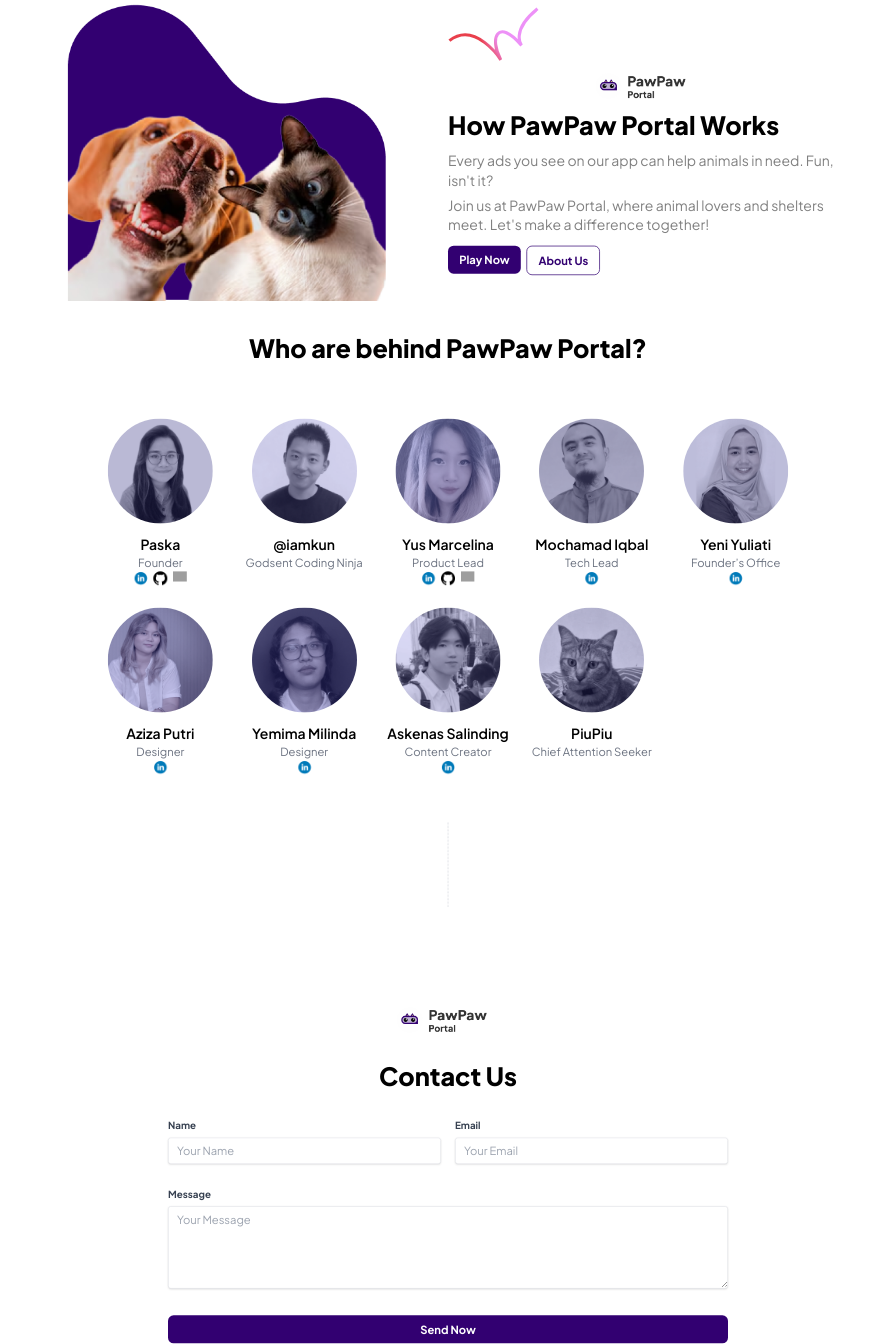
Repository: paskasiregar/pawpawwebsite
Page: /
An editor plug-in stored every save of this project. The page is shown before and after the next save, followed by the edit.
The browser window is 1280 px wide. The pictures show the part of the page from y = 1190 to 3110 px (the page is 3785 px tall), at 70% of full size.
Pictures or frames that could not be fetched are drawn as grey boxes. The project was rebuilt for these pictures with package versions that can differ from the ones it lists, and the page was loaded fresh each time. Some packages were replaced by stand-ins written for this rebuild. The framework's server and built-in components were replaced by stand-ins that run in the browser. Also part of the build but not shown: next.config.js, next.config.mjs.

Above is the page before, as saved 2024-09-11 17:46:52.

### src/app/layout.js
import { Inter } from "next/font/google";
import "./globals.css";
import { Analytics } from "@vercel/analytics/react";
import Script from "next/script";
import Head from "next/head";

const inter = Inter({ subsets: ["latin"] });

export const metadata = {
  title: "PawPaw Portal | Your One-Stop Shelter",
  description: "Your One-Stop Shelter",
};

export default function RootLayout({ children }) {
  return (
    <html lang="en">
      <Head>
        <meta
          name="google-adsense-account"
          content="ca-pub-4770655134097556"
        ></meta>
      </Head>
      <body className={inter.className}>{children}</body>
      {/* <Script
        type="text/javascript"
        src="//pl24310112.cpmrevenuegate.com/cc/a3/1e/cca31e5e9811b252527560f4431eff54.js"
      ></Script> */}
    </html>
  );
}

### src/app/globals.css
@import url("https://fonts.googleapis.com/css2?family=Plus+Jakarta+Sans:wght@400;600;700;800&display=swap");

@tailwind base;
@tailwind components;
@tailwind utilities;

html,
body {
  width: 100%;
  height: 100%;
  margin: 0;
  padding: 0;
}

p,
ul {
  color: gray;
  margin-bottom: 2px;
}

section {
  margin-bottom: 8px;
}

.hero-bg {
  display: flex;
  background: radial-gradient(circle,
      rgb(204, 188, 230) 10%,
      rgb(255, 255, 255) 50%);
}

.cta-container {
  display: flex;
  justify-content: center;
  align-items: center;
  position: relative;
  background: radial-gradient(circle, rgb(14, 4, 4) 0%, rgb(14, 1, 51) 100%);
  padding: 20px;
  gap: 20px;
  min-height: 200px;
}

.cta-button {
  display: inline-block;
  padding: 20px 40px;
  font-size: 24px;
  font-weight: bold;
  color: white;
  background: black;
  border-radius: 40px;
  position: relative;
  z-index: 1;
  overflow: hidden;
  transition: all 0.3s ease;
  text-align: center;
}

.cta-button::before {
  content: "";
  position: absolute;
  top: -2px;
  left: -2px;
  right: -2px;
  bottom: -2px;
  background: linear-gradient(90deg,
      rgb(255, 244, 97) 0%,
      rgb(187, 61, 255) 50%,
      rgb(142, 23, 23) 100%);
  z-index: -1;
  border-radius: inherit;
}

.cta-button::after {
  content: "";
  position: absolute;
  top: 2px;
  left: 2px;
  right: 2px;
  bottom: 2px;
  background: black;
  z-index: -1;
  border-radius: inherit;
}

.cta-button:hover {
  color: rgb(237, 246, 133);
  background: white;
}

.footer-bg {
  background: radial-gradient(circle, rgb(14, 4, 4) 0%, rgb(14, 1, 51) 100%);
  color: white;
  text-align: center;
  padding: 20px;
}

.centeredcontainer {
  width: 100vw;
  height: auto;
}

.main-container {
  width: 100%;
  max-width: 1200px;
  margin: 0 auto;
  padding: 0;
}

.header-content {
  max-width: 1200px;
  /* You can adjust this depending on your design */
  margin: 0 auto;
  padding: 0 20px;
  /* Add some padding to prevent the content from touching the edges */
  display: flex;
  justify-content: space-between;
  align-items: center;
  width: 100%;
}

.header-logo-button {
  display: flex;
  flex-direction: row;
  align-items: center;
  gap: 16px;
  /* Adjust spacing as needed */
}

html {
  scroll-behavior: smooth;
}

### src/components/contact.jsx
import React from "react";
import PrimaryButton from "@/components/primaryButton";
import NameInput from "./nameInput";
import EmailInput from "./emailInput";
import MessageInput from "./mesageInput";
import Image from "next/image";
import logoHeaderImage from "../assets/banner-10.png";

export const Contact = () => {
  return (
    <div className="font-plus-jakarta flex flex-col items-center justify-center py-16 px-4 md:px-[200px] gap-[40px] text-29xl">
      <div className="flex justify-start items-start">
        {/* <svg
          width="1620"
          height="188"
          viewBox="0 0 1620 188"
          fill="none"
          xmlns="http://www.w3.org/2000/svg"
        >
          <path
            d="M1891 188C1891 100.375 1784.67 29.342 1653.5 29.342C1522.34 29.342 1413.53 100.375 1413.53 188C1413.53 122.37 1317.84 69.158 1199.78 69.158C1081.72 69.158 986.029 122.362 986.029 188C986.029 85.8274 930.825 3 862.735 3C794.645 3 737.369 85.8274 737.369 188C737.369 108.853 646.33 44.6865 534.029 44.6865C421.728 44.6865 330.689 108.853 330.689 188C330.689 134.381 239.649 90.9105 127.349 90.9105C15.0481 90.9105 -76 134.381 -76 188"
            stroke="url(#paint0_linear_545_35799)"
            strokeWidth="6"
            strokeMiterlimit="10"
            strokeLinejoin="bevel"
          />
          <defs>
            <linearGradient
              id="paint0_linear_545_35799"
              x1="-84.5283"
              y1="91.1699"
              x2="1899.52"
              y2="91.1699"
              gradientUnits="userSpaceOnUse"
            >
              <stop offset="0.0224" stopColor="#EBADD7" />
              <stop offset="1" stopColor="#FF2445" />
            </linearGradient>
          </defs>
        </svg> */}
      </div>
      <Image
        className="w-36 h-10 object-cover"
        alt="Logo"
        src={logoHeaderImage}
        width={120}
        height={20}
      />
      <div className="text-4xl font-extrabold w-full text-center">
        Contact Us
      </div>
      <form
        action="https://forms.office.com/Pages/ResponsePage.aspx?id=FYBQO9x7eUe5JQ3XgE-7JgfHRnXS951Jum6QCf1rDZlUOTFYM1gyVUNMUzAyRTlFRVlHNUo5UVVRSy4u"
        method="post"
        target="_blank"
        className="w-full"
      >
        <div className="w-full flex flex-col items-start gap-[16px] text-base text-light-l800 font-regular-reg-2">
          <div className="w-full flex flex-col md:flex-row gap-[20px]">
            <div className="w-full md:w-1/2">
              <label
                htmlFor="name"
                className="w-full block text-sm font-medium text-gray-700"
              ></label>
              <NameInput className="w-full" id="name" name="name" required />
            </div>
            <div className="w-full md:w-1/2">
              <label
                htmlFor="email"
                className="block text-sm font-medium text-gray-700"
              ></label>
              <EmailInput className="w-full" id="email" name="email" required />
            </div>
          </div>
          <div className="w-full">
            <label
              htmlFor="message"
              className="block text-sm font-medium text-gray-700"
            ></label>
            <MessageInput
              className="w-full"
              id="message"
              name="message"
              required
            />
          </div>
        </div>
        <div className="mt-4">
          <PrimaryButton type="submit">Send Now</PrimaryButton>
        </div>
      </form>
    </div>
  );
};

export default Contact;

### src/components/divider.jsx
export const Divider = () => {
  return (
    <div className="self-stretch h-[195px] flex flex-row items-center justify-center py-16 px-[130px] box-border">
      <div className="w-px relative box-border h-[121px] border-r-[1px] border-dashed border-gray-300" />
    </div>
  );
};

### src/components/header.jsx
import Link from "next/link";
import PrimaryButton from "@/components/primaryButton";
import React from "react";
import Image from "next/image";
import logoHeaderImage from "../assets/banner-10.png";

export const Header = () => {
  return (
    <div className="w-full bg-white fixed top-0 shadow-sm">
      <div className="max-w-7xl flex justify-between items-center p-4">
        <div className="flex items-center space-x-4">
          <Link href="/">
            <Image
              className="w-36 h-10 object-cover"
              alt="Logo"
              src={logoHeaderImage}
              width={120}
              height={20}
            />
          </Link>
        </div>

        <div className="hidden md:flex flex-row space-x-8 items-center">
          <Link href="#how-it-works" className="text-gray-500">
            How It Works
          </Link>
          <Link href="#team" className="text-gray-500">
            About Us
          </Link>
          <Link href="/privacy" className="text-gray-500">
            Privacy Policy
          </Link>
        </div>

        <div>
          <Link href="https://game.pawpawportal.com">
            <PrimaryButton href="https://game.pawpawportal.com">
              Be Our Hero Today!
            </PrimaryButton>
          </Link>
        </div>
      </div>
    </div>
  );
};

export default Header;

### src/components/CTA.jsx
import React from "react";
import Link from "next/link";

const CTA = () => {
  return (
    <div className="cta-container font-plus-jakarta p-4 md:p-8 flex flex-col md:flex-row items-center justify-center">
      <svg
        className="cta-decoration mb-4 md:mb-0 md:mr-4"
        width="48"
        height="46"
        viewBox="0 0 48 46"
        fill="none"
        xmlns="http://www.w3.org/2000/svg"
      >
        <path
          d="M2 46C2 27.296 29.551 30.0086 36.5736 34.5625C36.5736 34.5625 14.4611 2 47.5714 2"
          stroke="url(#cta_gradient)"
          strokeWidth="3.92857"
          strokeMiterlimit="10"
          strokeLinejoin="bevel"
        />
        <defs>
          <linearGradient
            id="cta_gradient"
            x1="37.3571"
            y1="2"
            x2="7.5"
            y2="46"
            gradientUnits="userSpaceOnUse"
          >
            <stop stopColor="#FF2445" />
            <stop offset="1" stopColor="#F5AB0E" />
          </linearGradient>
        </defs>
      </svg>
      <Link href="https://game.pawpawportal.com">
        <div className="cta-button text-center bg-gradient-to-r from-orange-500 to-pink-500 text-white font-bold py-2 px-4 rounded-lg shadow-lg cursor-pointer">
          Play Our Game Now
        </div>
      </Link>
    </div>
  );
};

export default CTA;

### src/components/primaryButton.jsx
import React from "react";

const PrimaryButton = ({ children, onClick, href }) => {
  return (
    <button
      className="bg-inherit-320071 text-white font-bold py-2 px-4 rounded-lg w-full"
      onClick={onClick}
    >
      {children}
    </button>
  );
};

export default PrimaryButton;

### src/components/secButton.jsx
import React from "react";

const SecButton = ({ children, onClick }) => {
  return (
    <button
      className="bg-white border border-inherit-320071 text-inherit-320071 font-bold py-2 px-4 rounded-lg"
      onClick={onClick}
    >
      {children}
    </button>
  );
};

export default SecButton;

### src/components/team.jsx
import React from "react";
import Member from "./members";
import paska from "@/assets/paska.png"; // Replace with actual image paths
import kun from "@/assets/kun.png";
import yus from "@/assets/yus.png";
import iqbal from "@/assets/iqbal.png";
import julie from "@/assets/julie.png";
import aziza from "@/assets/aziza.png";
import yemima from "@/assets/yemima.png";
import ken from "@/assets/ken.png";
import piupiu from "@/assets/piupiu.png";

const teamMembers = [
  {
    name: "Paska",
    role: "Founder",
    imageSrc: paska,
    linkedinUrl: "https://www.linkedin.com/in/pas-ka",
    websiteUrl: "https://www.hellopaska.com",
  },
  {
    name: "@iamkun",
    role: "Godsent Coding Ninja",
    imageSrc: kun,
    githubUrl: "https://www.github.com/iamkun",
  },
  {
    name: "Yus Marcelina",
    role: "Product Lead",
    imageSrc: yus,
    linkedinUrl: "https://www.linkedin.com/in/yusmarcelina/",
    websiteUrl: "https://yusmarcelina.wixsite.com/yusmarcelina",
  },
  {
    name: "Mochamad Iqbal",
    role: "Tech Lead",
    imageSrc: iqbal,
    linkedinUrl: "https://www.linkedin.com/in/mochadwi/",
    githubUrl: "https://github.com/mochadwi",
  },
  {
    name: "Yeni Yuliati",
    role: "Founder’s Office",
    imageSrc: julie,
    linkedinUrl: "https://www.linkedin.com/in/yeniyuliati/",
  },
  {
    name: "Aziza Putri",
    role: "Designer",
    imageSrc: aziza,
    linkedinUrl: "https://www.linkedin.com/in/aziza-wienneta/",
  },
  {
    name: "Yemima Milinda",
    role: "Designer",
    imageSrc: yemima,
    linkedinUrl: "https://www.linkedin.com/in/yemimamillinda/",
  },
  {
    name: "Askenas Salinding",
    role: "Content Creator",
    imageSrc: ken,
    linkedinUrl: "https://www.linkedin.com/in/askenassalinding/",
  },
  {
    name: "PiuPiu",
    role: "Chief Attention Seeker",
    imageSrc: piupiu,
  },
];

const Team = () => {
  return (
    <div
      id="team"
      className="flex-1 flex flex-col items-center md:items-center justify-center gap-4 z-[1] p-4 md:p-8"
    >
      <div className="flex flex-col items-center md:items-center mb-8">
        <div className="relative font-extrabold text-2xl md:text-4xl text-center mb-8">
          Who are behind PawPaw Portal?
        </div>
      </div>

      <div className="grid grid-cols-2 sm:grid-cols-2 md:grid-cols-3 lg:grid-cols-5 gap-6 md:gap-8 justify-center">
        {teamMembers.map((member, index) => (
          <Member
            key={index}
            name={member.name}
            role={member.role}
            imageSrc={member.imageSrc}
            linkedinUrl={member.linkedinUrl}
            websiteUrl={member.websiteUrl}
          />
        ))}
      </div>
    </div>
  );
};

export default Team;

### src/components/nameInput.jsx
import React from "react";

const NameInput = ({ value, onChange }) => {
  return (
    <div className="mb-4">
      <label
        className="block text-gray-700 text-sm font-bold mb-2"
        htmlFor="name"
      >
        Name
      </label>
      <input
        id="name"
        type="text"
        value={value}
        onChange={onChange}
        className="shadow appearance-none border rounded w-full py-2 px-3 text-gray-700 leading-tight focus:outline-none focus:shadow-outline"
        placeholder="Your Name"
      />
    </div>
  );
};

export default NameInput;

### src/components/emailInput.jsx
import React from "react";

const EmailInput = ({ value, onChange }) => {
  return (
    <div className="mb-4">
      <label
        className="block text-gray-700 text-sm font-bold mb-2"
        htmlFor="email"
      >
        Email
      </label>
      <input
        id="email"
        type="email"
        value={value}
        onChange={onChange}
        className="shadow appearance-none border rounded w-full py-2 px-3 text-gray-700 leading-tight focus:outline-none focus:shadow-outline"
        placeholder="Your Email"
      />
    </div>
  );
};

export default EmailInput;

### src/components/mesageInput.jsx
import React from "react";

const MessageInput = ({ value, onChange }) => {
  return (
    <div className="mb-4">
      <label
        className="block text-gray-700 text-sm font-bold mb-2"
        htmlFor="message"
      >
        Message
      </label>
      <textarea
        id="message"
        value={value}
        onChange={onChange}
        className="shadow appearance-none border rounded w-full py-2 px-3 text-gray-700 leading-tight focus:outline-none focus:shadow-outline"
        placeholder="Your Message"
        rows="5"
      />
    </div>
  );
};

export default MessageInput;

### src/components/members.jsx
import React from "react";
import Image from "next/image";
import Link from "next/link";
import linkedin from "../assets/linkedin.webp";
import github from "../assets/github.png";
import website from "../assets/website.png";

const Member = ({
  name,
  role,
  imageSrc,
  linkedinUrl,
  githubUrl,
  websiteUrl,
}) => {
  return (
    <div className="flex flex-col items-center">
      <Image
        className="rounded-full object-cover"
        alt={name}
        src={imageSrc}
        width={150}
        height={150}
        sizes="(max-width: 768px) 100px, (max-width: 1200px) 150px, 200px"
      />
      <div className="text-xl font-semibold mt-4">{name}</div>
      <div className="text-gray-500">{role}</div>
      <div className="flex gap-2">
        {linkedinUrl && (
          <Link href={linkedinUrl} passHref>
            <Image src={linkedin} alt="LinkedIn" width={20} height={20} />
          </Link>
        )}
        {websiteUrl && (
          <Link href={websiteUrl} passHref>
            <Image src={github} alt="Website" width={20} height={20} />
          </Link>
        )}
        {websiteUrl && (
          <Link href={websiteUrl} passHref>
            <Image src={website} alt="Website" width={20} height={20} />
          </Link>
        )}
      </div>
    </div>
  );
};

export default Member;

Loaded but not shown: src/app/page.js (197 lines, source omitted); tailwind.config.js (33 lines, source omitted); src/components/hero.jsx (218 lines, source omitted); src/components/footer.jsx (175 lines, source omitted)

After the next save:
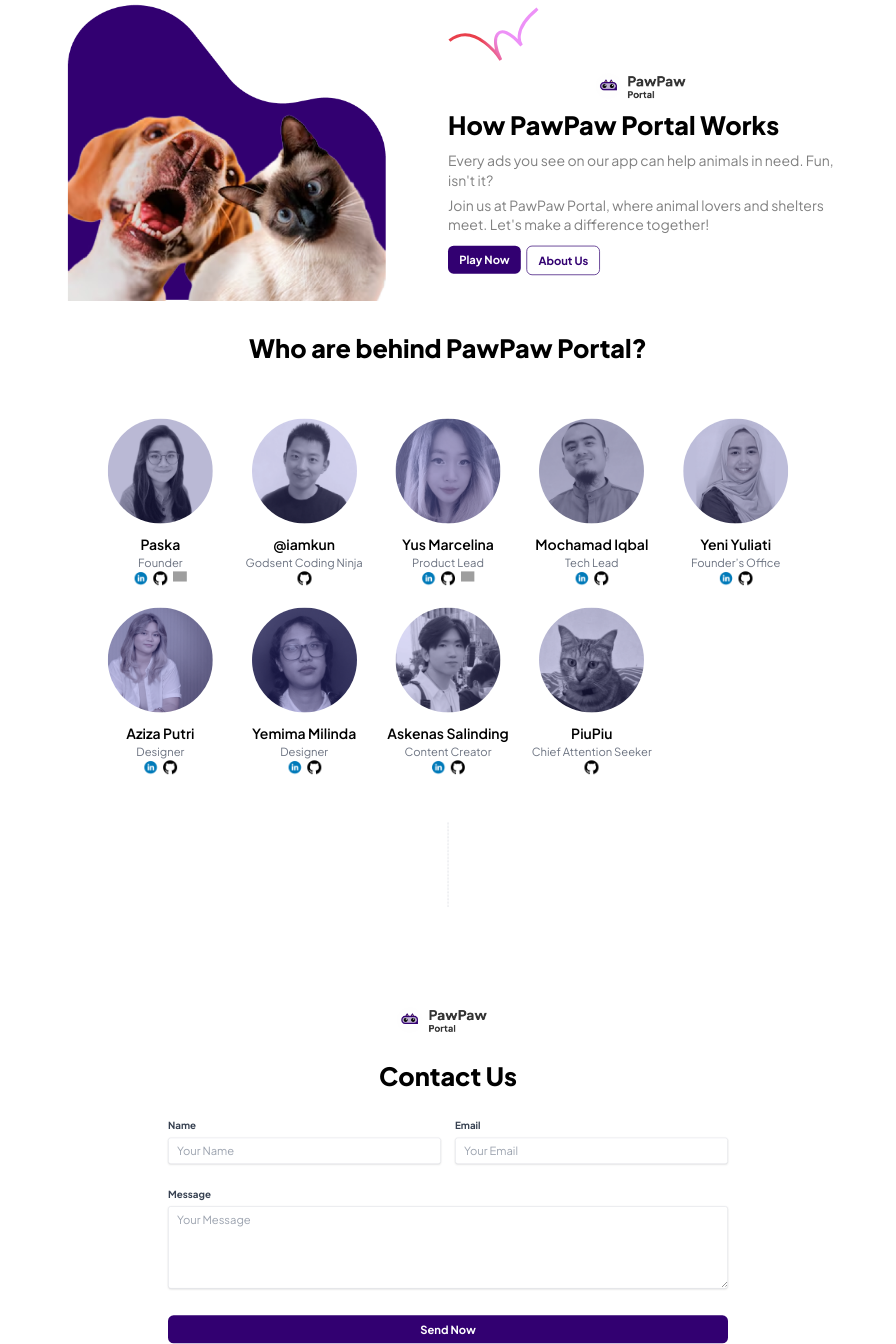
Saved 7 s later.
--- a/src/components/members.jsx
+++ b/src/components/members.jsx
@@ -31,7 +31,7 @@ const Member = ({
             <Image src={linkedin} alt="LinkedIn" width={20} height={20} />
           </Link>
         )}
-        {websiteUrl && (
+        {github && (
           <Link href={websiteUrl} passHref>
             <Image src={github} alt="Website" width={20} height={20} />
           </Link>
